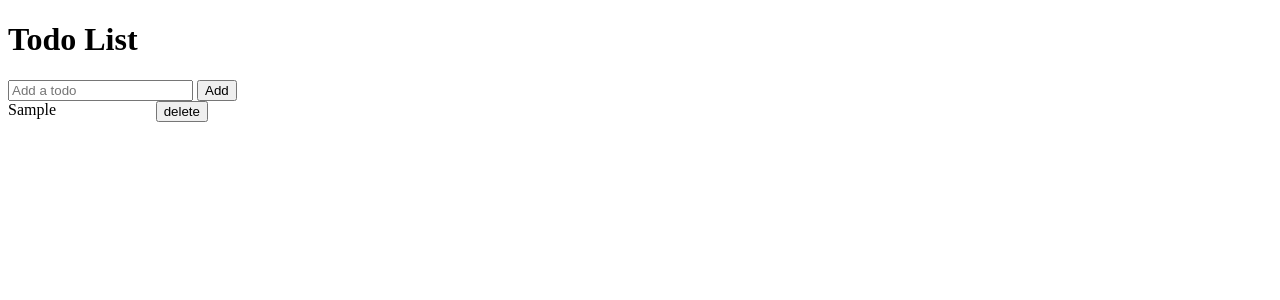
Repository: ble-syn/Todo-list
Page: index.html
These files come from the project's save history. The page is drawn as it stood at one moment and after the next save; the edit follows.
The browser window is 1280 px wide. The pictures show the whole page.
Empty fields were first filled with sample values (such as "Sample", 5 or name@example.com).
After loading, the first visible `button` was clicked once.

Above is the page before, as saved 2022-10-17 20:19:37.

### index.html
<!DOCTYPE html>
<html lang="en">
<head>
    <meta charset="UTF-8">
    <meta http-equiv="X-UA-Compatible" content="IE=edge">
    <meta name="viewport" content="width=device-width, initial-scale=1.0">
    <title>Todo List</title>
</head>
<body>
    <main>
        <h1>Todo List</h1>
            <input type="text" name="todo" placeholder="Add a todo">
            <button>Add</button>
            <div id="list"></div>
    </main>

    <script src="app.js"></script>
</body>
</html>

### app.js
const todo = document.querySelector('input');
const button = document.querySelector('button');
let todoList = document.querySelector('#list');

todoArray = [];


function render (){
    todoList.innerHTML = ""
    const items = todoArray.map((element, index) => {
        return `
            <li style="display: flex; justify-content: space-between; width: 200px;">
                <span>${element}</span>
                <button id="${index}" onclick="delFuc(${index})">delete</button>
            </li>
        `
    });
    todoList.innerHTML = items
}

function delFuc(index){
    todoArray.splice(index, 1)
    render()
}

button.addEventListener('click', () => {
    const value = todo.value;
    if (value == ""){
        return
    }
    todoArray.push(value);
    render();
    todo.value = "";

});

// todoList.addEventListener('click', (e)=>{
//     let index = Number(e.target.id)
//     if(!isNaN(index) && typeof index == 'number'){
//         todoArray.splice(index, 1)
//         render()
//     }
// })

After the next save:
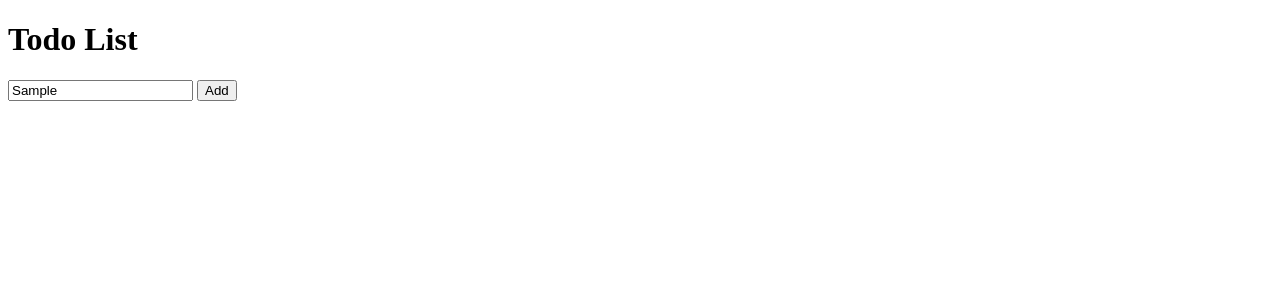
Console error: ReferenceError: index is not defined
Saved 17 min 48 s later.
--- a/app.js
+++ b/app.js
@@ -23,12 +23,17 @@
     render()
 }
 
+function setLocal(index){
+    console.log('hehehe', index)
+}
+
 button.addEventListener('click', () => {
     const value = todo.value;
     if (value == ""){
         return
     }
-    todoArray.push(value);
+    // todoArray.push(value);
+    setLocal(index);
     render();
     todo.value = "";
 

After the save that followed:
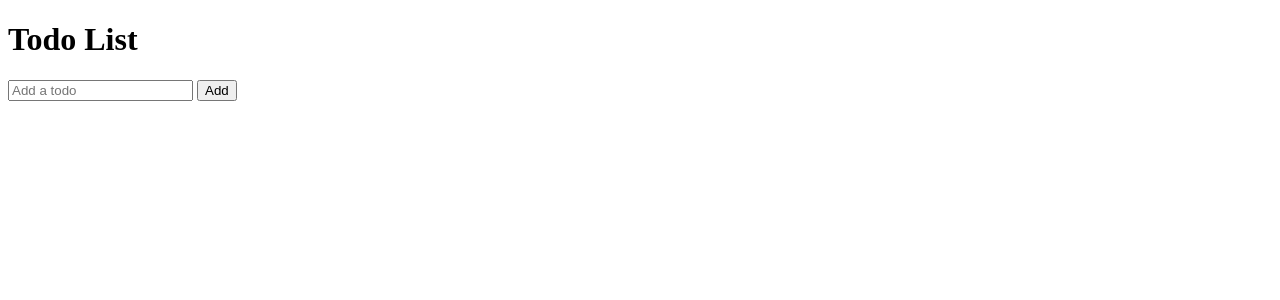
The error is gone.
Saved 33 s later.
--- a/app.js
+++ b/app.js
@@ -33,7 +33,7 @@
         return
     }
     // todoArray.push(value);
-    setLocal(index);
+    setLocal(value);
     render();
     todo.value = "";
 
